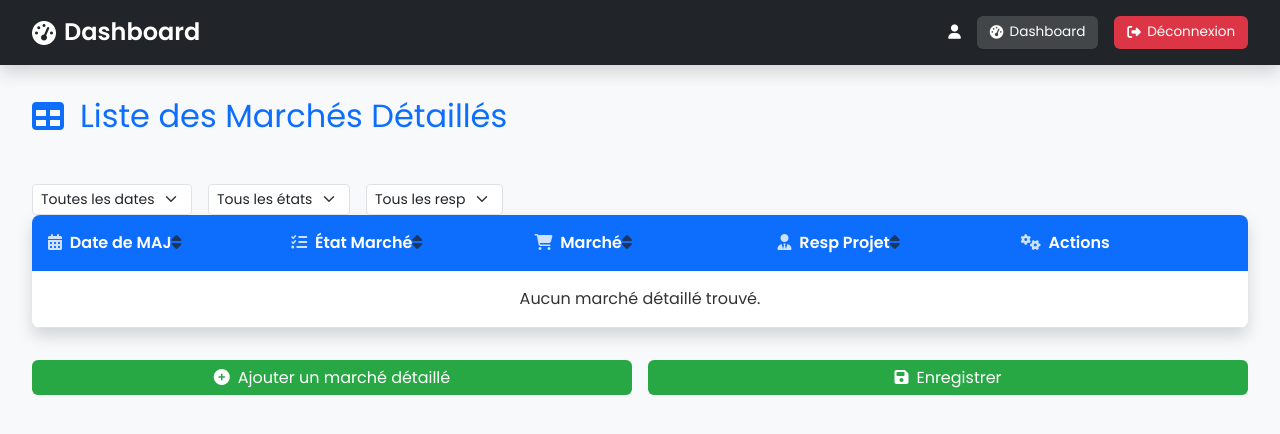
Repository: Andriatiana669/Retour_XP
Page: dashboard/templates/dashboard/liste_marche.html
An editor plug-in stored every save of this project. The page is shown before and after the next save, followed by the edit.
The browser window is 1280 px wide. The pictures show the whole page.
The page is served by the project's application, run on Django 5.2 (manage.py). Other server files are loaded and not shown. The template is opened directly, without the code that normally fills it, so the values that code supplies are empty.

Above is the page before, as saved 2026-01-07 16:26:13.

### dashboard/templates/dashboard/liste_marche.html
{% extends 'dashboard/base.html' %}
{% load static %}
{% block title %}Marchés – {{ marche_global.nom }}{% endblock %}

{% block extra_css %}
    <link rel="stylesheet" href="{% static 'dashboard/css/liste_marche.css' %}">
{% endblock %}

{% block content %}
<h2><i class="fas fa-table me-2" style="color: var(--primary-color);"></i>
    <span style="color: var(--primary-color);">Liste des Marchés Détaillés</span></h2>

<!-- Barre de filtres -->
<div id="filtersBar" class="filters-bar"></div>

<!-- Tableau -->
<table class="marches-table">
    <thead>
        <tr>
            <th data-type="date"><i class="fas fa-calendar-alt me-1"></i> Date de MAJ</th>
            <th><i class="fas fa-tasks me-1"></i> État Marché</th>
            <th><i class="fas fa-shopping-cart me-1"></i> Marché</th>
            <th><i class="fas fa-user-tie me-1"></i> Resp Projet</th>
            <th><i class="fas fa-cogs me-1"></i> Actions</th>
        </tr>
    </thead>
    <tbody>
        {% for marche in marches_detailles %}
        <tr data-id="{{ marche.id }}">
            <td>{{ marche.date_maj|date:"d/m/Y H:i" }}</td>

            <!-- État modifiable -->
            <td class="etat-cell">
                <form class="etat-inline">
                    {% csrf_token %}
                    <select name="etat" class="etat-select"
                            style="color:{{ marche.etat_affaire.couleur|default:'#6c757d' }};
                                   background:{{ marche.etat_affaire.couleur_fond|default:'#f8f9fa' }};
                                   border-color:{{ marche.etat_affaire.couleur|default:'#ced4da' }};">
                        <option value="">– Non défini –</option>
                        {% for etat in etats %}
                        <option value="{{ etat.id }}"
                                {% if marche.etat_affaire.id == etat.id %}selected{% endif %}
                                style="color:{{ etat.couleur }};background:{{ etat.couleur_fond }};">
                            {{ etat.nom }}
                        </option>
                        {% endfor %}
                    </select>
                    <button type="submit" class="save-etat-btn" title="Actualiser">
                        <i class="fas fa-sync-alt"></i>
                    </button>
                </form>
            </td>

            <td>{{ marche.nom_marche }}</td>
            <td>{{ marche.resp_marche }}</td>

            <!-- Actions -->
            <td>
                <div class="actions-cell">
                    <a href="{% url 'marches:description' marche.id %}" class="btn-voir"><i class="fas fa-eye"></i> </a> <!-- Voir -->
                    <a href="{% url 'dashboard:modifier_marche' marche.id %}" class="btn-voir mod"><i class="fas fa-edit"></i> </a> <!-- Modifier -->
                    <a href="{% url 'dashboard:supprimer_marche' marche.id %}" class="btn-voir del"
                       onclick="return confirm('Supprimer ce marché ?');"><i class="fas fa-trash"></i> </a> <!-- Supprimer -->
                </div>
            </td>
        </tr>
        {% empty %}
        <tr><td colspan="5" class="text-center">Aucun marché détaillé trouvé.</td></tr>
        {% endfor %}
    </tbody>
</table>

<!-- Boutons centrés -->
<div class="center-buttons">
    <a href="{% url 'dashboard:ajouter_marche' marche_global.id %}" class="btn-voir">
        <i class="fas fa-plus-circle"></i> Ajouter un marché détaillé
    </a>

    <button id="saveAllEtats" class="btn-voir save">
        <i class="fas fa-save"></i> Enregistrer
    </button>
</div>
{% endblock %}

{% block extra_js %}
    <script src="{% static 'dashboard/js/liste_marche.js' %}"></script>
{% endblock %}

### dashboard/templates/dashboard/base.html
{% load static %}
<!DOCTYPE html>
<html lang="fr">
<head>
    <meta charset="UTF-8">
    <meta name="viewport" content="width=device-width, initial-scale=1.0">
    <title>{% block title %}Dashboard - Retour XP{% endblock %}</title>

    <!-- Polices et icônes -->
    <link rel="stylesheet" href="https://cdnjs.cloudflare.com/ajax/libs/font-awesome/6.4.0/css/all.min.css">
    <link href="https://fonts.googleapis.com/css2?family=Poppins:wght@300;400;600&display=swap" rel="stylesheet">

    <!-- Bootstrap + CSS global -->
    <link href="https://cdn.jsdelivr.net/npm/bootstrap@5.3.2/dist/css/bootstrap.min.css" rel="stylesheet">
    <link rel="stylesheet" href="{% static 'dashboard/css/dashboard.css' %}">

    {% block extra_css %}{% endblock %}
</head>
<body>
    <!-- HEADER COMMUN -->
    <header>
        <h1><i class="fas fa-tachometer-alt"></i> Dashboard</h1>

        <div class="header-actions">
            <!-- Nom utilisateur -->
            <span class="user-name"><i class="fas fa-user"></i> {{ request.user.username }}</span>

            <!-- Fil d'Ariane (hors page d'accueil) -->
            {% if request.resolver_match.url_name != 'dashboard' %}
            <nav class="breadcrumb-bar">
                <a href="{% url 'dashboard:dashboard' %}" class="btn-nav">
                    <i class="fas fa-tachometer-alt"></i> Dashboard
                </a>
                {% if request.resolver_match.url_name == 'description' %}
                <a href="{% url 'dashboard:liste_marche' object.marche_global.id %}" class="btn-nav">
                    <i class="fas fa-arrow-left"></i> Retour à la liste
                </a>
                {% endif %}
            </nav>
            {% endif %}

            <!-- Déconnexion (rouge) -->
            <a href="{% url 'authentification:logout' %}" class="btn-logout">
                <i class="fas fa-sign-out-alt"></i> Déconnexion
            </a>
        </div>
    </header>

    <!-- CONTENU DES PAGES FILLES -->
    <main>
        {% block content %}{% endblock %}
    </main>

    <!-- JS COMMUN -->
    <script src="https://cdn.jsdelivr.net/npm/bootstrap@5.3.2/dist/js/bootstrap.bundle.min.js"></script>
    {% block extra_js %}{% endblock %}
</body>
</html>

### Retour_XP/urls.py
"""
URL configuration for Retour_XP project.

The `urlpatterns` list routes URLs to views. For more information please see:
    https://docs.djangoproject.com/en/5.2/topics/http/urls/
Examples:
Function views
    1. Add an import:  from my_app import views
    2. Add a URL to urlpatterns:  path('', views.home, name='home')
Class-based views
    1. Add an import:  from other_app.views import Home
    2. Add a URL to urlpatterns:  path('', Home.as_view(), name='home')
Including another URLconf
    1. Import the include() function: from django.urls import include, path
    2. Add a URL to urlpatterns:  path('blog/', include('blog.urls'))
"""
# Retour_XP/urls.py
from django.contrib import admin
from django.urls import path, include
from django.conf import settings
from django.conf.urls.static import static

urlpatterns = [
    path('admin/', admin.site.urls),
    path('', include('authentification.urls')),
    path('dashboard/', include('dashboard.urls')),
    path('marches/', include('marches.urls')),
]

if settings.DEBUG:
    urlpatterns += static(settings.MEDIA_URL, document_root=settings.MEDIA_ROOT)
    urlpatterns += static(settings.STATIC_URL, document_root=settings.STATIC_ROOT)

### authentification/urls.py
# authentification/urls.py
from django.urls import path
from . import views

app_name = 'authentification'

urlpatterns = [
    path('', views.login_view, name='login'),
    path('logout/', views.custom_logout, name='logout'),   # ← nouvelle ligne
]

### dashboard/urls.py
# dashboard/urls.py
from django.urls import path
from . import views

app_name = 'dashboard'

urlpatterns = [
    path('', views.dashboard_view, name='dashboard'),
    path('marche/<int:marche_global_id>/', views.liste_marche_view, name='liste_marche'),
    path('marche/<int:marche_global_id>/ajouter/', views.ajouter_marche_view, name='ajouter_marche'),
    path('marche/change-etat/<int:pk>/', views.change_etat_view, name='change_etat'),
    path('marche/modifier/<int:pk>/', views.modifier_marche_view, name='modifier_marche'),
    path('marche/supprimer/<int:pk>/', views.supprimer_marche_view, name='supprimer_marche'),
]

### marches/urls.py
# marches/urls.py
from django.urls import path
from . import views

app_name = 'marches'

urlpatterns = [
    path('description/<int:marche_detaille_id>/', views.description_view, name='description'),
]

### dashboard/static/dashboard/css/dashboard.css
/* ---------- VARIABLES ---------- */
:root {
    --primary-color: #0d6efd;
    --secondary-color: #6c757d;
    --success-color: #28a745;
    --danger-color: #dc3545;
    --light-color: #f8f9fa;
    --dark-color: #212529;
    --shadow-sm: 0 .125rem .25rem rgba(0,0,0,.075);
    --shadow-md: 0 .5rem 1rem rgba(0,0,0,.15);
    --shadow-lg: 0 1rem 3rem rgba(0,0,0,.175);
    --transition: all .3s ease;
}

/* ---------- BASE ---------- */
body {
    font-family: 'Poppins', 'Segoe UI', Roboto, Arial, sans-serif;
    background: var(--light-color);
    margin: 0;
    padding: 0;
    color: #333;
}

/* ---------- HEADER ---------- */
header {
    background: var(--dark-color);
    color: #fff;
    padding: 1rem 2rem;
    display: flex;
    justify-content: space-between;
    align-items: center;
    box-shadow: var(--shadow-md);
    position: sticky;
    top: 0;
    z-index: 100;
}
header h1 {
    margin: 0;
    font-size: 1.5rem;
    font-weight: 600;
    display: flex;
    align-items: center;
    gap: .5rem;
}

.header-actions {
    display: flex;
    align-items: center;
    gap: 1rem;
}
.user-name {
    font-size: .9rem;
    color: #fff;
    white-space: nowrap;
}

.breadcrumb-bar {
    display: flex;
    gap: .5rem;
}
.btn-nav {
    background: rgba(255,255,255,.15);
    color: #fff;
    padding: .4rem .8rem;
    border-radius: .375rem;
    text-decoration: none;
    font-size: .85rem;
    display: inline-flex;
    align-items: center;
    gap: .4rem;
    transition: background .2s;
}
.btn-nav:hover { background: rgba(255,255,255,.25); }

.btn-logout {
    background: var(--danger-color);
    color: #fff;
    padding: .4rem .8rem;
    border-radius: .375rem;
    text-decoration: none;
    font-size: .85rem;
    display: inline-flex;
    align-items: center;
    gap: .4rem;
    transition: background .2s;
}
.btn-logout:hover { background: #c82333; }

/* ---------- MAIN ---------- */
main {
    padding: 2rem;
    max-width: 1400px;
    margin: 0 auto;
}
main h2 {
    color: var(--dark-color);
    margin-bottom: 1.5rem;
    display: flex;
    align-items: center;
    gap: .5rem;
}

/* ---------- DASHBOARD CONTROLS ---------- */
.dashboard-controls {
    display: flex;
    justify-content: space-between;
    margin-bottom: 1.5rem;
    gap: 1rem;
    flex-wrap: wrap;
}
.search-bar {
    flex: 1;
    min-width: 200px;
}
.search-bar input {
    width: 100%;
    padding: .75rem 1rem;
    border: 1px solid #dee2e6;
    border-radius: .5rem;
    font-size: 1rem;
    transition: var(--transition);
}
.search-bar input:focus {
    border-color: var(--primary-color);
    outline: none;
    box-shadow: 0 0 0 .25rem rgba(13, 110, 253, .25);
}
.filter-options select {
    padding: .75rem 1rem;
    border: 1px solid #dee2e6;
    border-radius: .5rem;
    background: #fff;
    cursor: pointer;
    min-width: 180px;
}

/* ---------- GRILLE ---------- */
.marches-grid {
    display: grid;
    grid-template-columns: repeat(auto-fill, minmax(280px, 1fr));
    gap: 1.5rem;
    margin-top: 1.5rem;
}

/* ---------- CARTE ---------- */
.marche-card {
    background: #fff;
    padding: 1.5rem;
    border-radius: .5rem;
    box-shadow: var(--shadow-sm);
    border: 1px solid #e9ecef;
    display: flex;
    flex-direction: column;
    position: relative;
    overflow: hidden;
    transition: var(--transition);
}
.marche-card::before {
    content: "📊";
    position: absolute;
    top: 1rem;
    right: 1rem;
    font-size: 1.5rem;
    opacity: .1;
    color: var(--primary-color);
}
.marche-card:hover {
    transform: translateY(-5px) scale(1.01);
    box-shadow: var(--shadow-lg);
    border-color: var(--primary-color);
}
.marche-card h3 {
    margin: 0 0 .5rem 0;
    color: var(--primary-color);
    font-weight: 600;
}
.marche-card p {
    color: var(--secondary-color);
    margin: .5rem 0 1rem 0;
    flex-grow: 1;
}
.marche-stats { margin: .5rem 0; }
.projet-count {
    background: var(--success-color);
    color: #fff;
    padding: .25rem .75rem;
    border-radius: 1rem;
    font-size: .875rem;
    font-weight: 600;
    display: inline-flex;
    align-items: center;
    gap: .5rem;
}
.projet-count::before { content: "📦"; }

/* ---------- BOUTON ---------- */
.btn-voir {
    display: inline-flex;
    align-items: center;
    gap: .5rem;
    margin-top: auto;
    padding: .5rem 1rem;
    background: var(--primary-color);
    color: #fff;
    text-decoration: none;
    border-radius: .375rem;
    font-weight: 500;
    transition: var(--transition);
    align-self: flex-start;
}
.btn-voir:hover {
    background: #0b5ed7;
    transform: translateY(-1px);
}

/* ---------- ANIMATION ---------- */
@keyframes fadeIn {
    from { opacity: 0; transform: translateY(10px); }
    to { opacity: 1; transform: translateY(0); }
}
.marche-card { animation: fadeIn .3s ease forwards; }

/* ---------- RESPONSIVE ---------- */
@media (max-width: 768px) {
    .dashboard-controls { flex-direction: column; }
    .marches-grid { grid-template-columns: 1fr; }
}

### dashboard/static/dashboard/css/liste_marche.css
/* ---------- VARIABLES ---------- */
:root {
    --primary-color: #0d6efd;
    --secondary-color: #6c757d;
    --success-color: #28a745;
    --danger-color: #dc3545;
    --light-color: #f8f9fa;
    --dark-color: #212529;
    --shadow-sm: 0 .125rem .25rem rgba(0,0,0,.075);
    --shadow-md: 0 .5rem 1rem rgba(0,0,0,.15);
    --transition: all .3s ease;
    --hover-bg: rgba(13,110,253,.1);
    --border-color: #dee2e6;
}

/* ---------- BASE ---------- */
body {
    font-family: 'Poppins', Arial, sans-serif;
    margin: 0;
    padding: 0;
    background: var(--light-color);
    color: #333;
}

/* ---------- FILTRES ---------- */
.filters-bar {
    display: flex;
    flex-wrap: wrap;
    gap: 1rem;
    margin-bottom: 1.5rem;
    align-items: center;
}
.filters-bar label {
    font-weight: 600;
    font-size: .9rem;
    color: var(--dark-color);
    white-space: nowrap;
}
.filters-bar select {
    min-width: 180px;
    font-size: .85rem;
    padding: .35rem .5rem;
    border: 1px solid var(--border-color);
    border-radius: .25rem;
    background: #fff;
    transition: border-color .2s, box-shadow .2s;
}
.filters-bar select:focus {
    border-color: var(--primary-color);
    box-shadow: 0 0 0 .15rem rgba(13,110,253,.25);
    outline: none;
}

/* ---------- TABLE ---------- */
.marches-table {
    width: 100%;
    background: #fff;
    border-radius: .5rem;
    overflow: hidden;
    box-shadow: var(--shadow-md);
    border-collapse: separate;
    border-spacing: 0;
}
.marches-table thead { display: table; width: 100%; table-layout: fixed; }
.marches-table th {
    background: var(--primary-color);
    color: #fff;
    padding: 1rem;
    text-align: left;
    font-weight: 600;
    cursor: pointer;
    user-select: none;
}
.marches-table th i { color: rgba(255,255,255,.8); }
.marches-table tbody { display: table; width: 100%; table-layout: fixed; }
.marches-table td {
    padding: 1rem;
    border-bottom: 1px solid var(--border-color);
    vertical-align: middle;
}
.marches-table tbody tr:hover { background: var(--hover-bg); }

/* ---------- ACTIONS ---------- */
.actions-cell {
    display: flex;
    gap: .4rem;
    flex-wrap: wrap;
}
/* boutons identiques : même taille + icônes */
.btn-voir {
    flex: 1 1 0;
    min-width: 70px;
    padding: .3rem .5rem;
    font-size: .8rem;
    border-radius: .375rem;
    text-decoration: none;
    color: #fff;
    display: inline-flex;
    align-items: center;
    justify-content: center;
    gap: .3rem;
    transition: var(--transition);
    text-align: center;
}
.btn-voir:hover { transform: translateY(-1px); }

/* couleurs */
.btn-voir.mod { background: var(--secondary-color); }
.btn-voir.del { background: var(--danger-color); }
.btn-voir.save { background: var(--success-color); }

/* ---------- ÉTAT ---------- */
.etat-cell { vertical-align: middle; }
.etat-inline {
    display: flex;
    gap: .25rem;
    align-items: center;
}
.etat-select {
    max-width: 160px;
    font-size: .85rem;
    font-weight: 600;
    border-radius: .25rem;
    padding: .25rem .4rem;
    border: 1px solid;
    transition: var(--transition);
}
.save-etat-btn {
    background: transparent;
    border: none;
    color: var(--primary-color);
    cursor: pointer;
    font-size: .9rem;
    padding: .2rem .4rem;
    border-radius: .25rem;
    transition: background .2s;
}
.save-etat-btn:hover { background: var(--hover-bg); }

/* ---------- BOUTONS CENTRÉS ---------- */
.center-buttons {
    display: flex;
    justify-content: center;
    gap: 1rem;
    margin: 2rem 0;
}

/* même look pour <a> et <button> */
.center-buttons .btn-voir,
.center-buttons button.btn-voir {
    border: none;
    min-width: auto;
    padding: .5rem 1rem;
    font-size: 1rem;
    line-height: 1.2;
    display: inline-flex;
    align-items: center;
    justify-content: center;
    gap: .5rem;
    text-decoration: none;
    cursor: pointer;
    background: var(--success-color); /* couleur spécifique au bouton save */
    color: #fff;
    border-radius: .375rem;
    transition: var(--transition);
}
.center-buttons .btn-voir:hover,
.center-buttons button.btn-voir:hover {
    transform: translateY(-1px);
}

/* bouton « Enregistrer » : même taille qu’« Ajouter » + pas de bordure */
.center-buttons .btn-voir.save {
    border: none;                       /* ← plus de bordure */
    min-width: auto;                    /* ← même largeur que le voisin */
    padding: .5rem 1rem;                /* ← même padding que « Ajouter » */
    font-size: 1rem;                    /* ← même taille de texte */
}

/* ---------- RESPONSIVE ---------- */
@media (max-width: 768px) {
    .marches-table { font-size: .875rem; }
    .marches-table th, .marches-table td { padding: .75rem; }
    .btn-voir { min-width: 60px; font-size: .75rem; }
}

### dashboard/static/dashboard/js/liste_marche.js
/*  dashboard/static/dashboard/js/liste_marche.js  */
document.addEventListener('DOMContentLoaded', () => {
    /* ---------- UTILS ---------- */
    const $ = s => document.querySelector(s);
    const $$ = s => [...document.querySelectorAll(s)];

    const table   = $('.marches-table tbody');
    const rows    = $$('tr[data-id]');
    const csrf    = $('[name=csrfmiddlewaretoken]')?.value;

    /* ---------- TRI ---------- */
    let sortState = {}; // {colIndex: 1|-1}
    $$('thead th').forEach((th, idx) => {
        if (idx > 3) return; // on ne tri que les 4 premières colonnes
        th.style.cursor = 'pointer';
        th.insertAdjacentHTML('beforeend', '<i class="fas fa-sort text-muted sort-icon"></i>');
        th.addEventListener('click', () => {
            const dir = (sortState[idx] || 1) * -1;
            sortState = {[idx]: dir};
            const sorted = [...rows].sort((a, b) => {
                let va = a.cells[idx].textContent.trim();
                let vb = b.cells[idx].textContent.trim();
                if (idx === 0) { // Date de MAJ
                    va = new Date(va.split('/').reverse().join('-'));
                    vb = new Date(vb.split('/').reverse().join('-'));
                }
                return va > vb ? dir : -dir;
            });
            sorted.forEach(r => table.appendChild(r));
        });
    });

    /* ---------- FILTRES ---------- */
    // 1) filtre Date
    const dateFilter = document.createElement('select');
    dateFilter.className = 'form-select form-select-sm d-inline-block w-auto me-3';
    dateFilter.innerHTML = `
        <option value="all">Toutes les dates</option>
        <option value="today">Aujourd'hui</option>
        <option value="week">Cette semaine</option>
        <option value="month">Ce mois</option>`;
    document.querySelector('.marches-table').before(dateFilter);

    // 2) filtre État
    const etatFilter = document.createElement('select');
    etatFilter.className = 'form-select form-select-sm d-inline-block w-auto me-3';
    etatFilter.innerHTML = '<option value="all">Tous les états</option>';
    const etats = [...new Set(rows.map(r => r.querySelector('select[name="etat"] option:checked')?.textContent.trim() || 'Non défini'))];
    etats.sort().forEach(e => etatFilter.innerHTML += `<option value="${e}">${e}</option>`);
    document.querySelector('.marches-table').before(etatFilter);

    // 3) filtre Resp
    const respFilter = document.createElement('select');
    respFilter.className = 'form-select form-select-sm d-inline-block w-auto me-3';
    respFilter.innerHTML = '<option value="all">Tous les resp</option>';
    const resps = [...new Set(rows.map(r => r.cells[3].textContent.trim()))];
    resps.sort().forEach(r => respFilter.innerHTML += `<option value="${r}">${r}</option>`);
    document.querySelector('.marches-table').before(respFilter);

    /* ---------- APPLICATION DES FILTRES ---------- */
    function applyFilters() {
        const dVal = dateFilter.value;
        const eVal = etatFilter.value;
        const rVal = respFilter.value;

        const now = new Date();
        const startOfWeek = new Date(now.setDate(now.getDate() - now.getDay()));
        const startOfMonth = new Date(now.getFullYear(), now.getMonth(), 1);

        rows.forEach(tr => {
            const dateTxt = tr.cells[0].textContent.trim();
            const dateRow = new Date(dateTxt.split('/').reverse().join('-'));
            const etatTxt = tr.querySelector('select[name="etat"] option:checked')?.textContent.trim() || 'Non défini';
            const respTxt = tr.cells[3].textContent.trim();

            let okDate = dVal === 'all' ||
                (dVal === 'today' && dateRow.toDateString() === new Date().toDateString()) ||
                (dVal === 'week' && dateRow >= startOfWeek) ||
                (dVal === 'month' && dateRow >= startOfMonth);

            let okEtat = eVal === 'all' || etatTxt === eVal;
            let okResp = rVal === 'all' || respTxt === rVal;

            tr.style.display = (okDate && okEtat && okResp) ? '' : 'none';
        });
    }
    dateFilter.addEventListener('change', applyFilters);
    etatFilter.addEventListener('change', applyFilters);
    respFilter.addEventListener('change', applyFilters);

    /* ---------- SAUVEGARDE RAPIDE DES ÉTATS ---------- */
    const saveBtn = $('#saveAllEtats');
    if (saveBtn) {
        saveBtn.addEventListener('click', async () => {
            let okCount = 0;
            for (const tr of rows) {
                if (tr.style.display === 'none') continue; // on ignore les lignes cachées
                const id = tr.dataset.id;
                const etatId = tr.querySelector('select[name="etat"]').value;
                try {
                    const resp = await fetch(`/dashboard/marche/change-etat/${id}/`, {
                        method: 'POST',
                        headers: {'X-CSRFToken': csrf, 'Content-Type': 'application/json'},
                        body: JSON.stringify({etat: etatId})
                    });
                    if (resp.ok) okCount++;
                } catch (e) { console.error(e); }
            }
            alert(`${okCount} état(s) mis à jour`);
            location.reload();
        });
    }
});

After the next save:
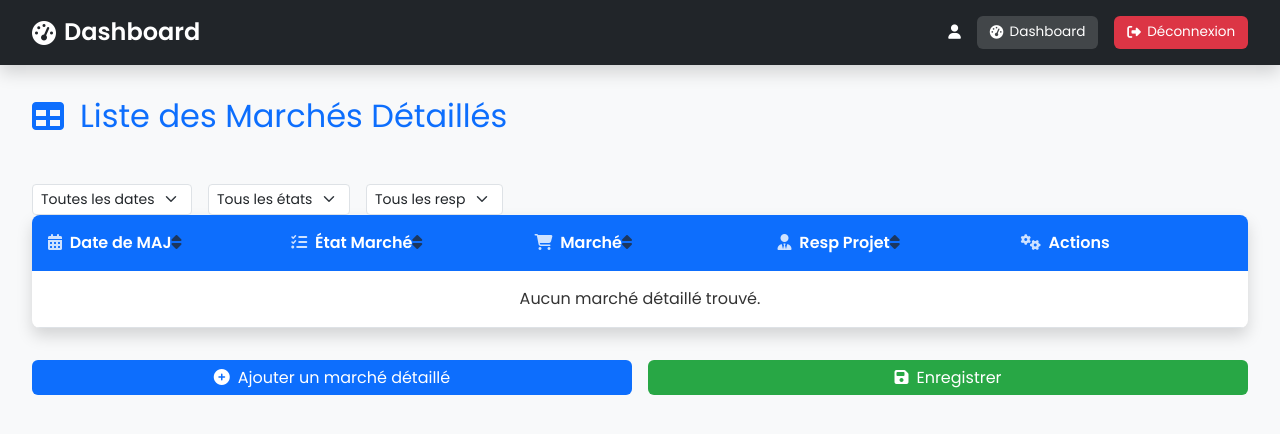
Saved 29 s later.
--- a/dashboard/static/dashboard/css/liste_marche.css
+++ b/dashboard/static/dashboard/css/liste_marche.css
@@ -159,10 +159,9 @@ body {
     gap: .5rem;
     text-decoration: none;
     cursor: pointer;
-    background: var(--success-color); /* couleur spécifique au bouton save */
-    color: #fff;
     border-radius: .375rem;
     transition: var(--transition);
+    color: #fff;
 }
 .center-buttons .btn-voir:hover,
 .center-buttons button.btn-voir:hover {
